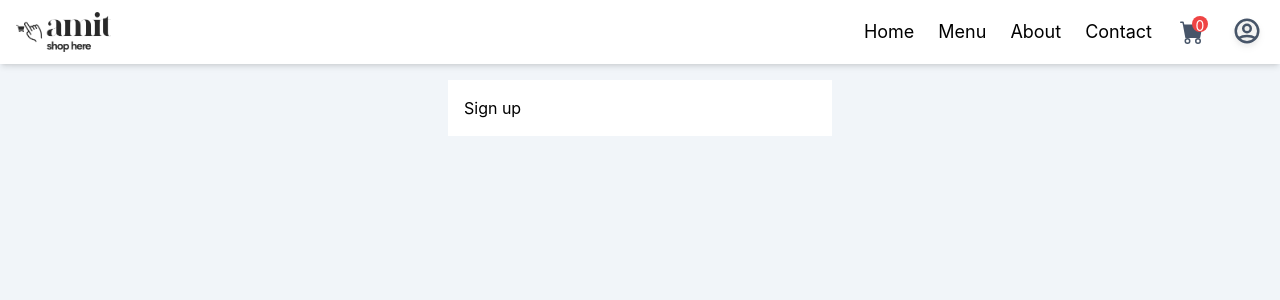
Repository: Lehuyhuynh/Web_ban_hoa_qua
Page: /signup (app in frontend/)
An editor plug-in stored every save of this project. The page is shown before and after the next save, followed by the edit.
The browser window is 1280 px wide. The pictures show the whole page.
The project was rebuilt for these pictures with package versions that can differ from the ones it lists, and the page was loaded fresh each time. Also part of the build but not shown: frontend/src/page/Home.js, frontend/src/page/Menu.js, frontend/src/page/About.js, frontend/src/page/Contact.js, frontend/src/page/login.js, frontend/src/page/Newproduct.js.

Above is the page before, as saved 2024-01-02 15:28:19.

After the next save:
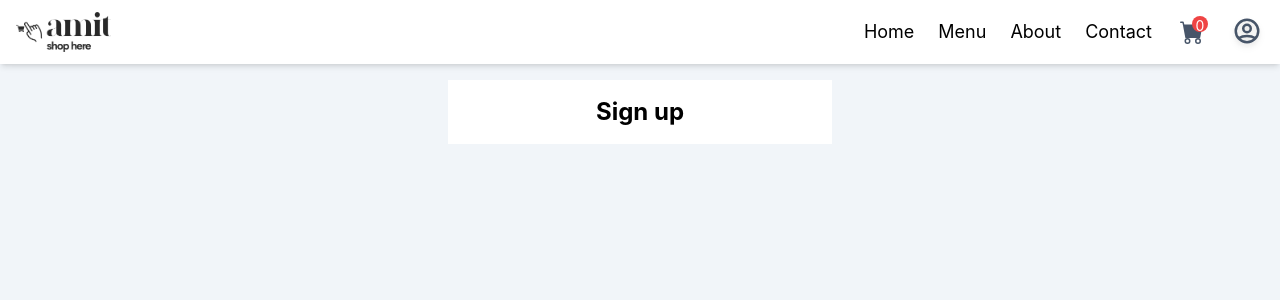
Saved 2 min 27 s later.
--- a/frontend/src/page/Signup.js
+++ b/frontend/src/page/Signup.js
@@ -4,7 +4,7 @@
   return (
     <div className="p-3 md:p-4">
       <div className="w-full max-w-sm bg-white m-auto flex  flex-col p-4">
-        <h1>Sign up</h1>
+        <h1 className="text-center text-2xl font-bold">Sign up</h1>
       </div>
     </div>
   );
